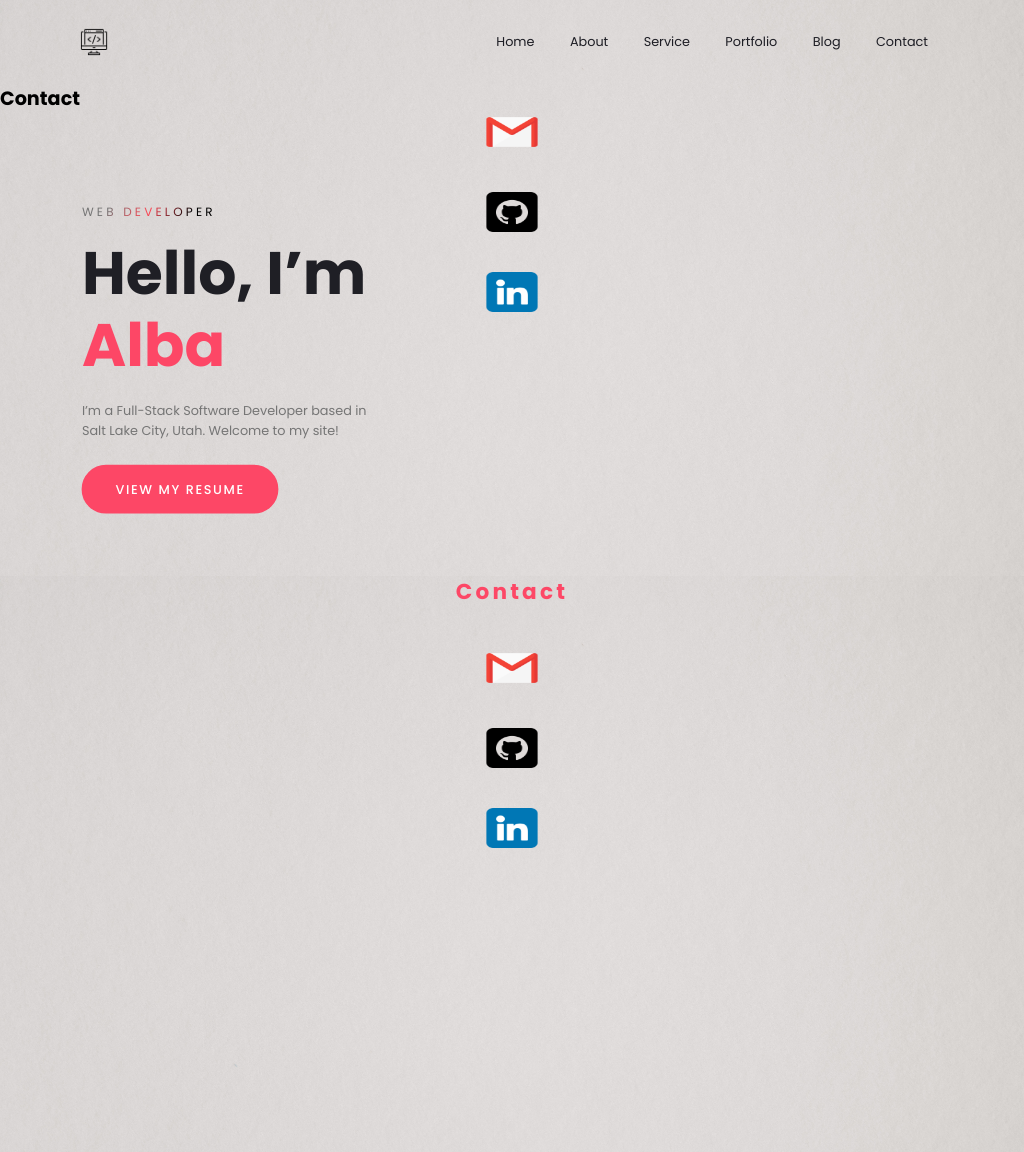
Repository: pilar122/port
Page: index.html
An editor plug-in stored every save of this project. The page is shown before and after the next save, followed by the edit.
The browser window is 1280 px wide. The pictures show the whole page, at 80% of full size.

Above is the page before, as saved 2022-01-31 19:06:09.

### index.html
<!DOCTYPE html>
<html lang="en">
<head>
    <meta charset="UTF-8">
    <title>Personal Portfolio Website</title>
    <!----CSS link----->
    <link rel="stylesheet" href="style.css">
</head>
<body>
    <div class="hero">
        <nav>
            <img src="./img/coding.png" class="logo">
            <ul>
                <li><a href="#">Home</a></li>
                <li><a href="#">About</a></li>
                <li><a href="#">Service</a></li>
                <li><a href="#">Portfolio</a></li>
                <li><a href="#">Blog</a></li>
                <li><a href="#contact">Contact</a></li>
            </ul>

        </nav>
        <div class="content">
            <span class="title">Web Developer</span>
            <h1>Hello, I’m <span>Alba</span></h1>
            <p>I’m a Full-Stack Software Developer based in Salt Lake City, Utah. Welcome to my site!</p>
            <a href="https://docs.google.com/document/d/1-5NqQs53X55snoyWaPBF-iuk-xL4VE2I0psmDuApD5Q/edit?usp=sharing" class="btn"> View my Resume</a>
        </div>

        <div class="text">
            <h2>Contact</h2>
            <ul>
                <a href="mailto:aurorapilarte@gmail.com">
                    <img src="/Users/albapilarte/Desktop/port/img/gmail.png" class="center1" width="50" height="50">
                </a>
                <br></br>
                  <a href="https://github.com/pilar122/">
                    <img src="/Users/albapilarte/Desktop/port/img/github.png" class="center2" width="50" height="50">
                  </a>
                  <br></br>
                  <a href="https://www.linkedin.com/in/alba-pilarte-8590471b7/">
                    <img src="/Users/albapilarte/Desktop/port/img/linkedin.png" class="center3" width="50" height="50">
                  </a>
                  <br></br>
            </ul>
        </div>
    </div>
    <section class="contact">
        <div class="section-title" id="contact">
            <h2>Contact</h2>
        </div>
        <br></br>
        <div class="text">
            <ul>
                <a href="mailto:aurorapilarte@gmail.com">
                    <img src="/Users/albapilarte/Desktop/port/img/gmail.png" class="center1" width="50" height="50">
                </a>
                <br></br>
                  <a href="https://github.com/pilar122/">
                    <img src="/Users/albapilarte/Desktop/port/img/github.png" class="center2" width="50" height="50">
                  </a>
                  <br></br>
                  <a href="https://www.linkedin.com/in/alba-pilarte-8590471b7/">
                    <img src="/Users/albapilarte/Desktop/port/img/linkedin.png" class="center3" width="50" height="50">
                  </a>
                  <br></br>
            </ul>
        </div>
    </section>
</body>
</html>

### style.css
@import url('https://fonts.googleapis.com/css2?family=Poppins:wght@400;500;600;700&display=swap');
*{
    margin: 0;
    padding: 0;
    box-sizing: border-box;
    font-family: 'Poppins', sans-serif;
}
a{
    text-decoration: none;
}
.hero{
    width: 100%;
    height: 100vh;
    background: url(img/bg1.jpg);
    background-size: cover;
}
nav{
    display: flex;
    align-items: center;
    justify-content: space-between;
    padding: 30px 100px;
}
.logo{
    max-height: 35px;
}
nav ul li{
    list-style: none;
    display: inline-block;
    padding: 10px 20px;
}
nav ul li a{
    color: #1d1d24;
    position: relative;
    padding: 5px 0;
}
nav ul li a:hover{
    color: #fd4766;
}
nav ul li a:after{
    content: "";
    position: absolute;
    left: 0;
    width: 0;
    height: 3px;
    background: #fd4766;
    transition: .3s;
    bottom: 0;
}
nav ul li a:hover:after{
    width: 100%;
}
.btn{
    color: #fff;
    font-size: 16px;
    text-transform: uppercase;
    letter-spacing: 2px;
    padding: 16px 40px;
    border-radius: 500px;
    display: inline-block;
    font-weight: 500;
    transition: all .4s ease-in-out;
    background-size: 152% 100%;
    background: #fd4766;
    border: 2px solid #fd4766;
}
.btn:hover{
    background: transparent;
    border-color: #fd4766;
    color: #fd4766;
}
.content{
    position: absolute;
    top: 35%;
    left: 8%;
}
.content .title{
    color: #1f1f25;
    font-size: 15px;
    text-transform: uppercase;
    letter-spacing: 4px;
    display: inline-block;
    margin-bottom: 20px;
    background: linear-gradient(120deg, #757575 20.69%, #fd4755 50.19%,#000000 79.69%);
    -webkit-background-clip: text;
    -webkit-text-fill-color: transparent;
}
.content h1{
    color: #1f1f25;
    font-size: 75px;
    font-weight: 900;
    line-height: 90px;
    text-transform: inherit;
    width: 70%;
}
.content h1 span{
    color: #fd4766;
}
.content p{
    width: 55%;
    color: #757575;
    margin-top: 25px;
    margin-bottom: 30px;
}
.contact .section-title{
    color: #fd4766;
    text-align: center;
    font-size: large;
    letter-spacing: 4px;
}
.contact{
    width: 100%;
    height: 100vh;
    background: url(img/bg1.jpg);
    background-size: cover;
}
.center1 {
  display: block;
  margin-left: auto;
  margin-right: auto;
  width: 5%;
}
.center2 {
  display: block;
  margin-left: auto;
  margin-right: auto;
  width: 5%;
}
.center3 {
  display: block;
  margin-left: auto;
  margin-right: auto;
  width: 5%;
}

After the next save:
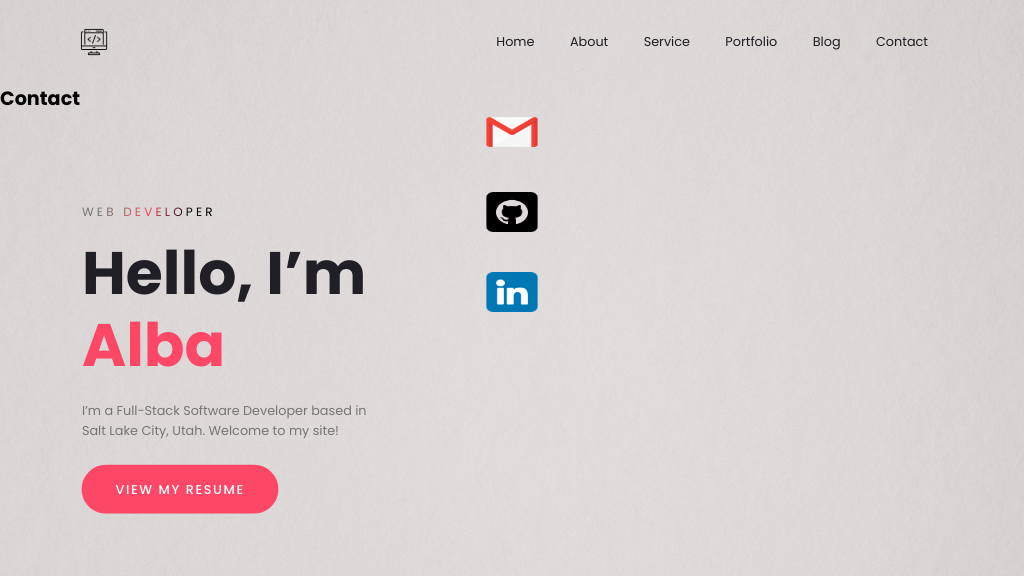
Saved 31 s later.
--- a/index.html
+++ b/index.html
@@ -45,27 +45,5 @@
             </ul>
         </div>
     </div>
-    <section class="contact">
-        <div class="section-title" id="contact">
-            <h2>Contact</h2>
-        </div>
-        <br></br>
-        <div class="text">
-            <ul>
-                <a href="mailto:aurorapilarte@gmail.com">
-                    <img src="/Users/albapilarte/Desktop/port/img/gmail.png" class="center1" width="50" height="50">
-                </a>
-                <br></br>
-                  <a href="https://github.com/pilar122/">
-                    <img src="/Users/albapilarte/Desktop/port/img/github.png" class="center2" width="50" height="50">
-                  </a>
-                  <br></br>
-                  <a href="https://www.linkedin.com/in/alba-pilarte-8590471b7/">
-                    <img src="/Users/albapilarte/Desktop/port/img/linkedin.png" class="center3" width="50" height="50">
-                  </a>
-                  <br></br>
-            </ul>
-        </div>
-    </section>
 </body>
 </html>
